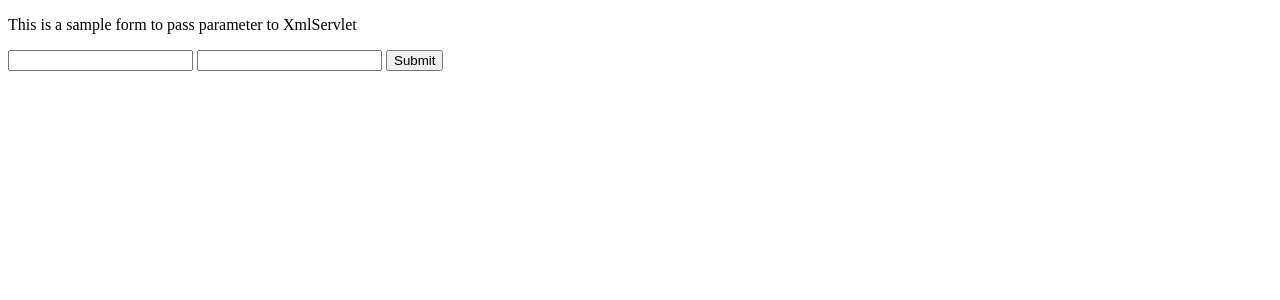
Repository: baijuachari/Servlet-JSPs
Page: SimpleServlet/WebContent/SampleForm.html
An editor plug-in stored every save of this project. The page is shown before and after the next save, followed by the edit.
The browser window is 1280 px wide. The pictures show the whole page.

Above is the page before, as saved 2016-07-10 20:43:30.

### SimpleServlet/WebContent/SampleForm.html
<!DOCTYPE html>
<html>
<head>
<meta charset="ISO-8859-1">
<title>Simple Form to pass parameter to servlet</title>
</head>
<body>
	<form method="post" action="xmlServletPath">
		<p>This is a sample form to pass parameter to XmlServlet</p>
		<input name="userName" />
		<input name="fullName" />
		<input type="submit"/>
	</form>
</body>
</html>

After the next save:
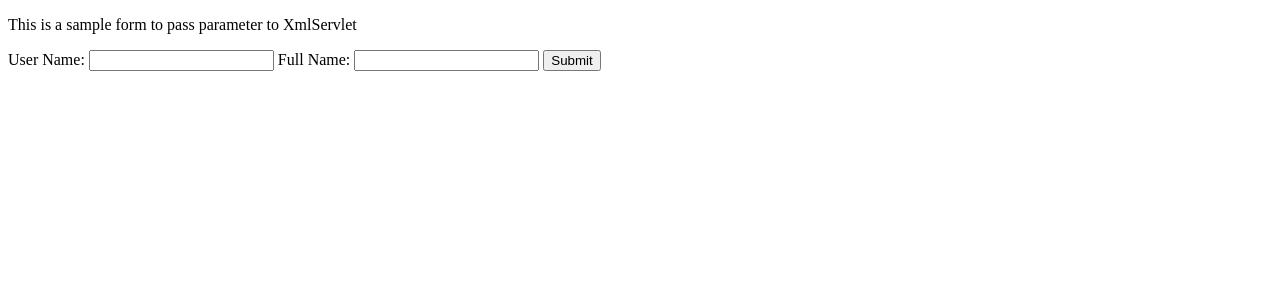
Saved 21 s later.
--- a/SimpleServlet/WebContent/SampleForm.html
+++ b/SimpleServlet/WebContent/SampleForm.html
@@ -7,8 +7,8 @@
 <body>
 	<form method="post" action="xmlServletPath">
 		<p>This is a sample form to pass parameter to XmlServlet</p>
-		<input name="userName" />
-		<input name="fullName" />
+		User Name: <input name="userName" />
+		Full Name: <input name="fullName" />
 		<input type="submit"/>
 	</form>
 </body>
